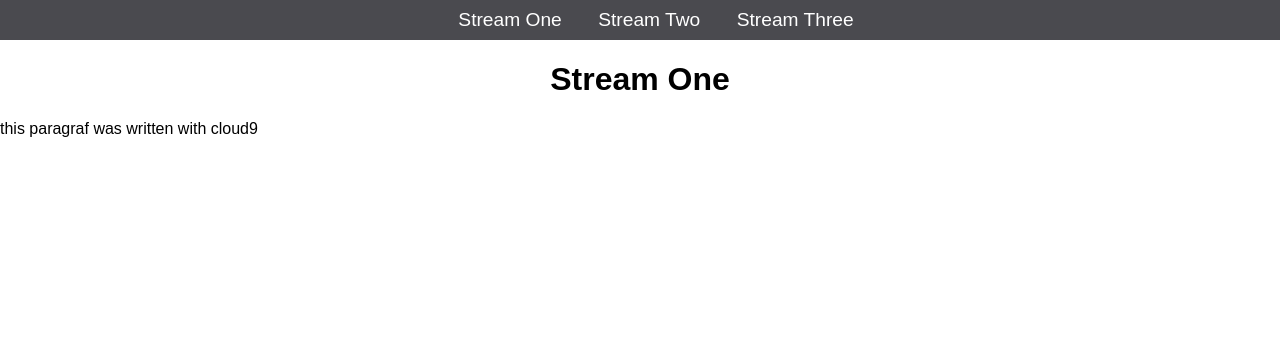
Repository: EricGaona/my-first-website
Page: index.html
The author's editor kept a record of every edit. The page is drawn from the files as they stood at one moment, then again after the next edit.
The browser window is 1280 px wide. The pictures show the whole page.

Above is the page before.

### index.html
<html>
    <head>
        <title>hola mundo</title>
        <link rel="stylesheet" href="css/style.css" type="text/css" />
    </head>
    <body>
        <nav>
            <ul>
                <li><a href="index.html">Stream One</a></li>
                <li><a href="stream-two.html">Stream Two</a></li>
                <li><a href="stream-three.html">Stream Three</a></li>
            </ul>
        </nav>
        <h1>Stream One</h1>
        <p>this paragraf was written with cloud9</p>
    </body>
</html>

### css/style.css
body{
    margin:0;
    padding:0;
    font-family:'Oswald', sans-serif;
}

nav ul{
    list-style:none;
    background-color:#4a4a4f;
    text-align:center;
    margin:0;
    padding:0;
}

nav li{
    font-size: 1.2em;
    line-height:40px;
    height: 40px;
    display: inline-block;
    margin-left:2.5%;
}

nav a{
    text-decoration:none;
    color:#ffffff;
    display:block;
}

nav a:hover{
    background-color:#ffffff;
    color:#4a4a4f;
}
.row{
    width:100%;
}

.card{
    float:left;
    width: 20%;
    margin-left: 10%;
    max-width: 260px;
    min-width: 15px;

}

.card a{
    text-align: center;
}

img{
    width: 100%;
    height:180px;
}

h1{
    text-align: center
}

After the next edit:
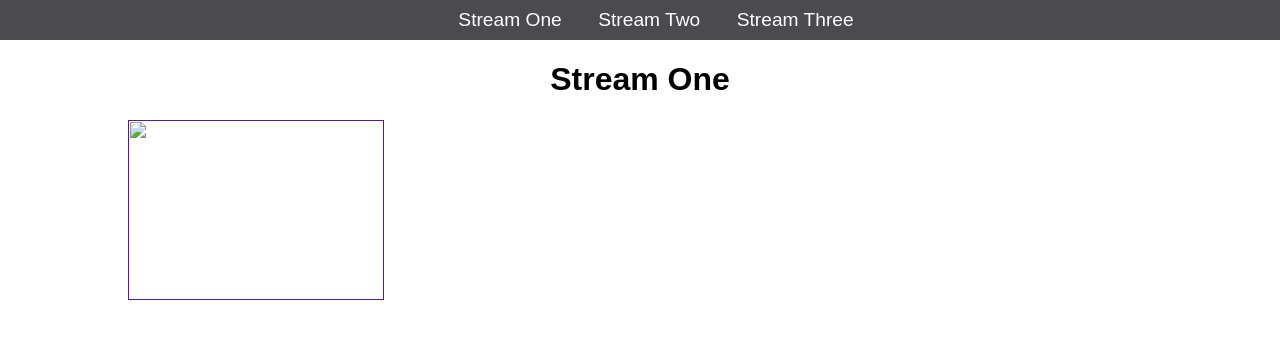
The edit:
--- a/index.html
+++ b/index.html
@@ -12,6 +12,11 @@
             </ul>
         </nav>
         <h1>Stream One</h1>
-        <p>this paragraf was written with cloud9</p>
+        <div class="card">
+            <a href="">
+                <img src="">
+                <h2></h2>
+            </a>
+        </div>
     </body>
 </html>
